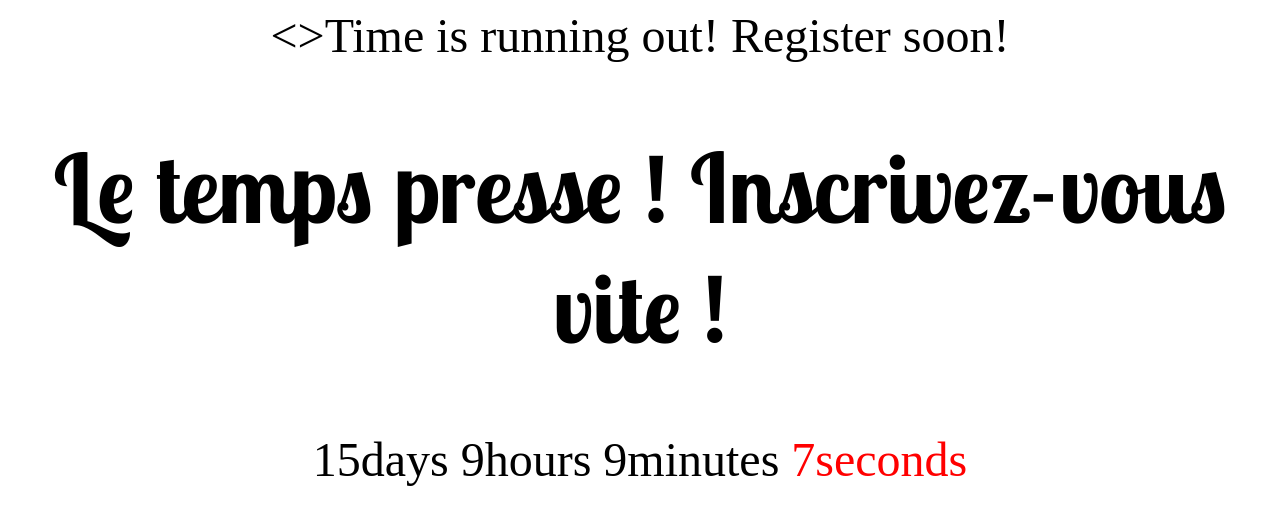
Repository: sinarinzifabrice/Events
Page: index.html
These files come from the project's save history. The page is drawn as it stood at one moment and after a run of saves; the edit follows.
The browser window is 1280 px wide. The pictures show the whole page.

Above is the page before, as saved 2024-05-16 18:53:03.

After the next 4 saves:
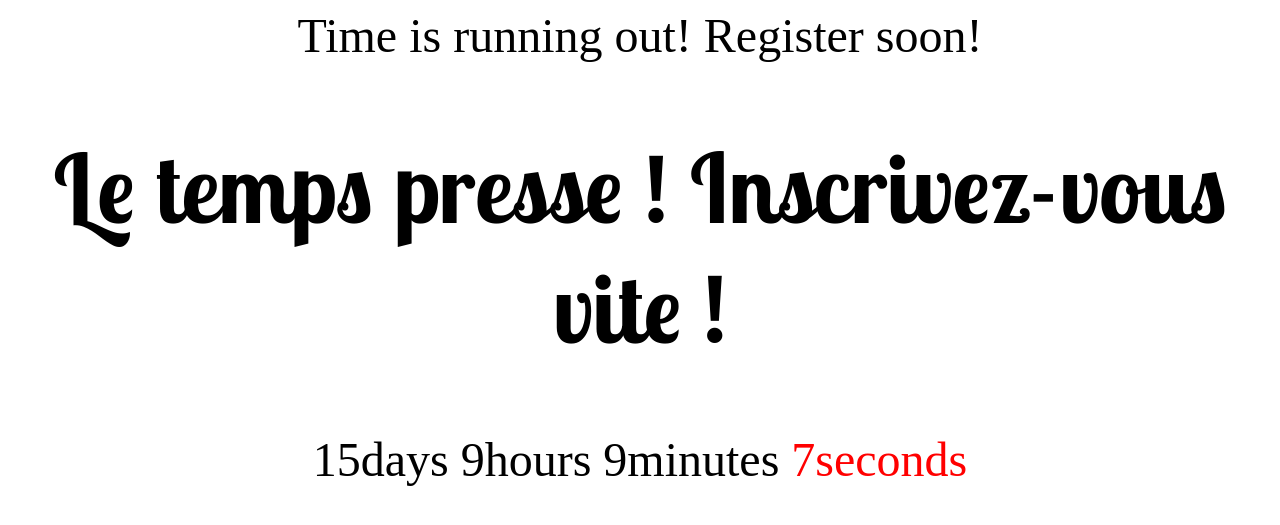
The 4 saves are shown as one change because they came seconds apart.
The last was saved 15 s later.
--- a/index.html
+++ b/index.html
@@ -24,7 +24,7 @@
 </head>
 <body>
 
-   <div class="countdown"><>Time is running out! Register soon!
+   <div class="countdown"><div>Time is running out! Register soon!</div>
 
       <h1>Le temps presse ! Inscrivez-vous vite !</h1>
    </div>
